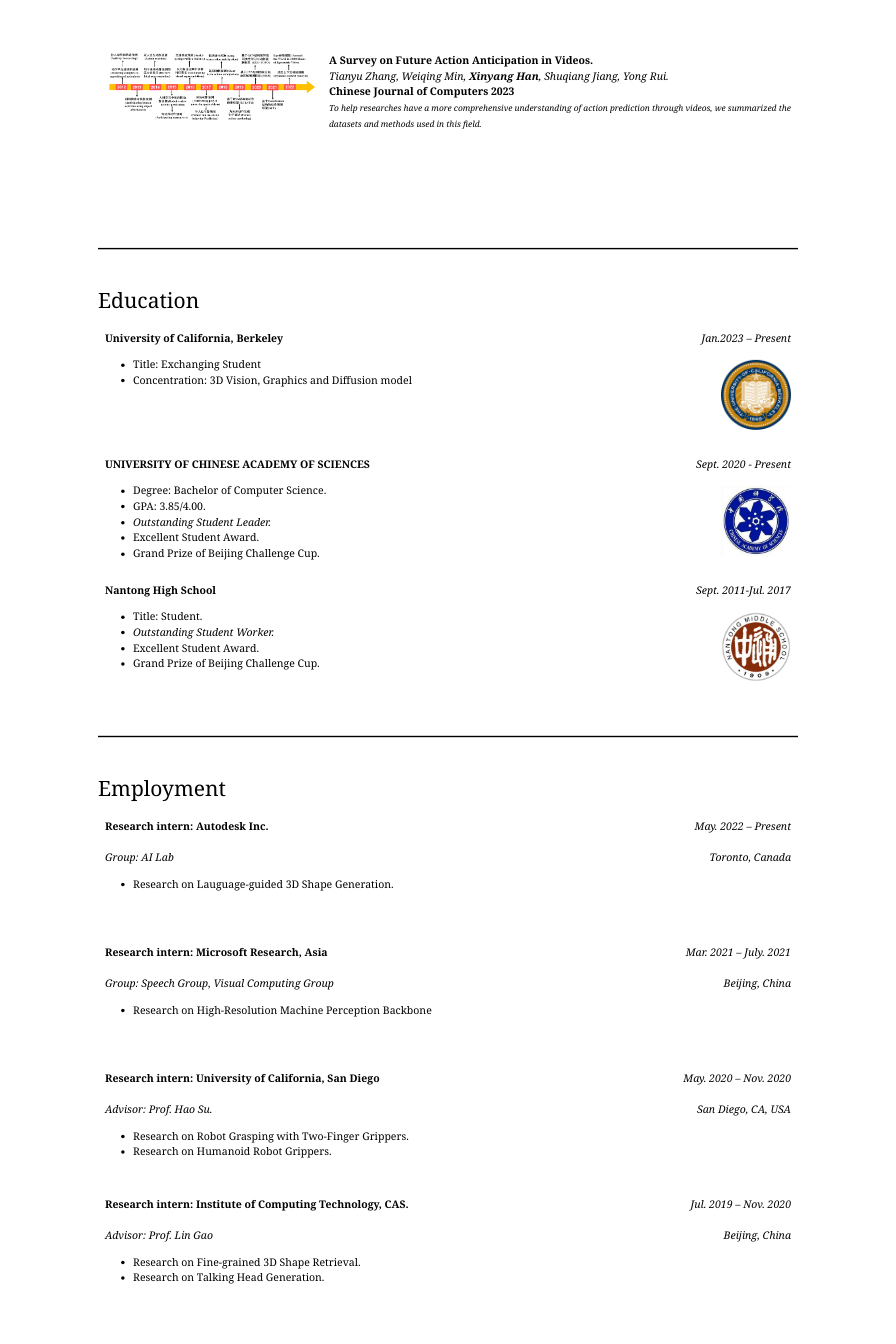
Repository: XinyangHan/XinyangHan.github.io
Page: index.html
These files come from the project's save history. The page is drawn as it stood at one moment and after the next save; the edit follows.
The browser window is 1280 px wide. The pictures show the part of the page from y = 883 to 2803 px (the page is 2941 px tall), at 70% of full size.

Above is the page before, as saved 2023-02-11 14:35:34.
Console error (its wording comes from the project's code and is left out).

After the next save:
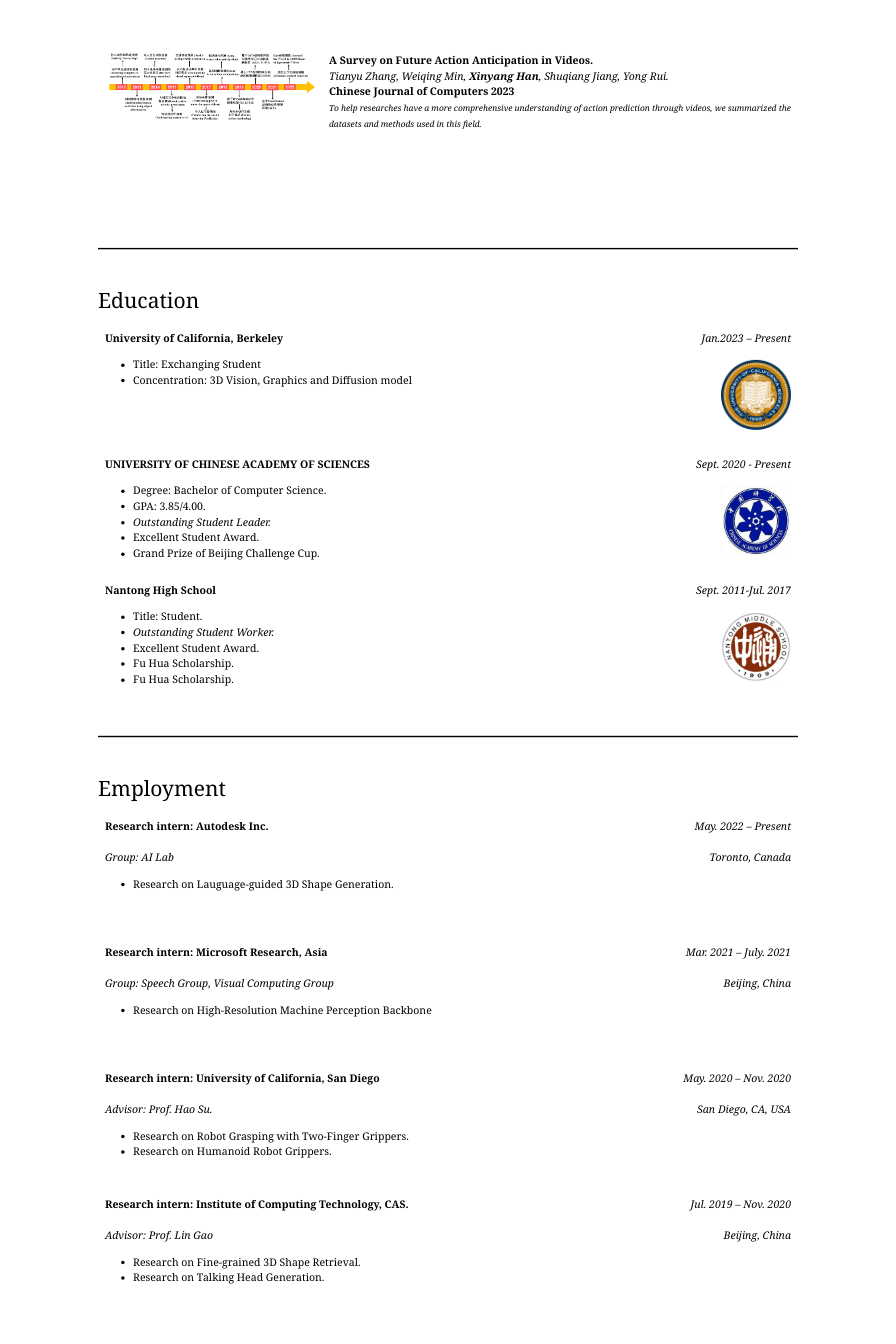
Saved 64 s later.
--- a/index.html
+++ b/index.html
@@ -277,7 +277,8 @@
 			<!-- <li>GPA: 3.9/4.0.</li> -->
 			<li><em>Outstanding Student Worker.</em> </li>
 			<li><em></em>Excellent Student Award.</em></li>
-			<li><em></em>Grand Prize of Beijing Challenge Cup.</em></li>
+			<li><em></em>Fu Hua Scholarship.</em></li>
+			<li><em></em>Fu Hua Scholarship.</em></li>
 			</ul>
 
 		</div>
